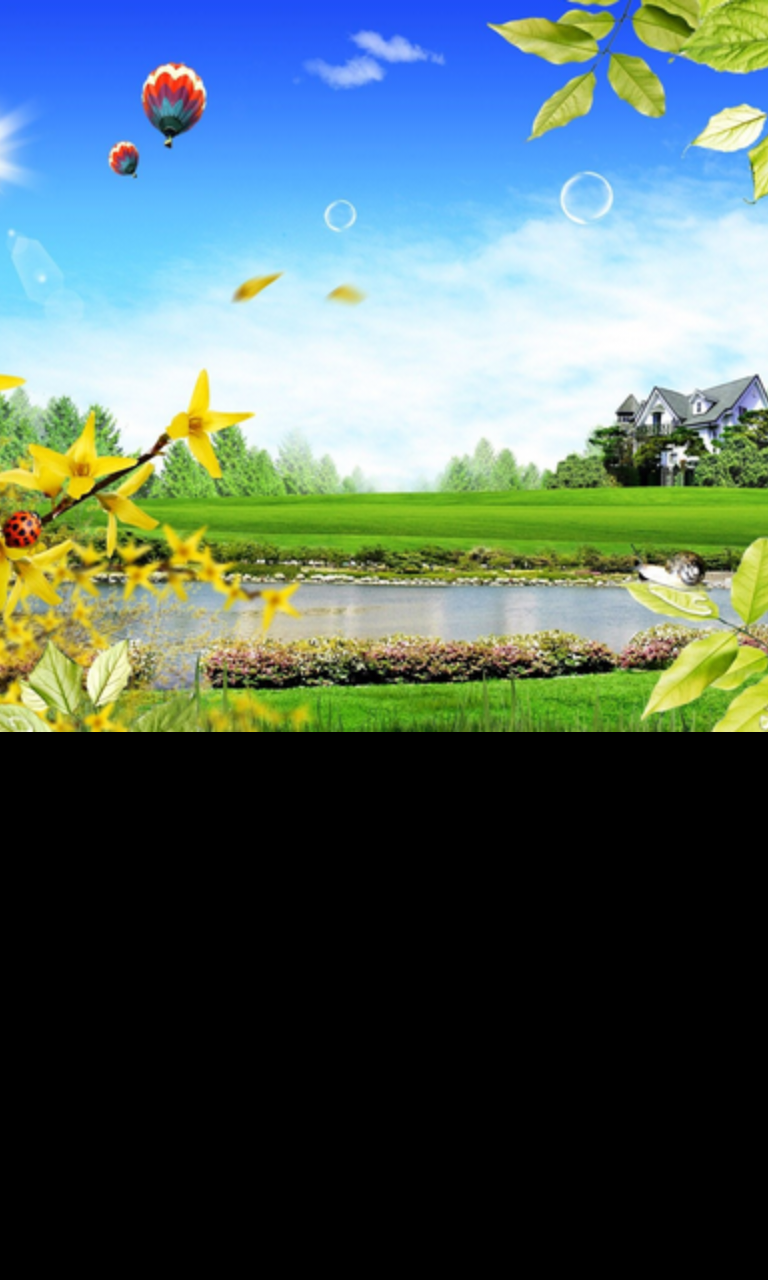
Repository: GuangmingChan/DevelopAndroidApp
Layout: demoImageView/res/layout/main.xml
An editor plug-in stored every save of this project. The layout is shown before and after the next save, followed by the edit.
It is drawn on a 768 x 1280 px phone screen (xhdpi) without system bars, with theme android:Theme.Holo; the app's code is not run.

Above is the layout before, as saved 2017-03-13 06:32:21.

After the next save:
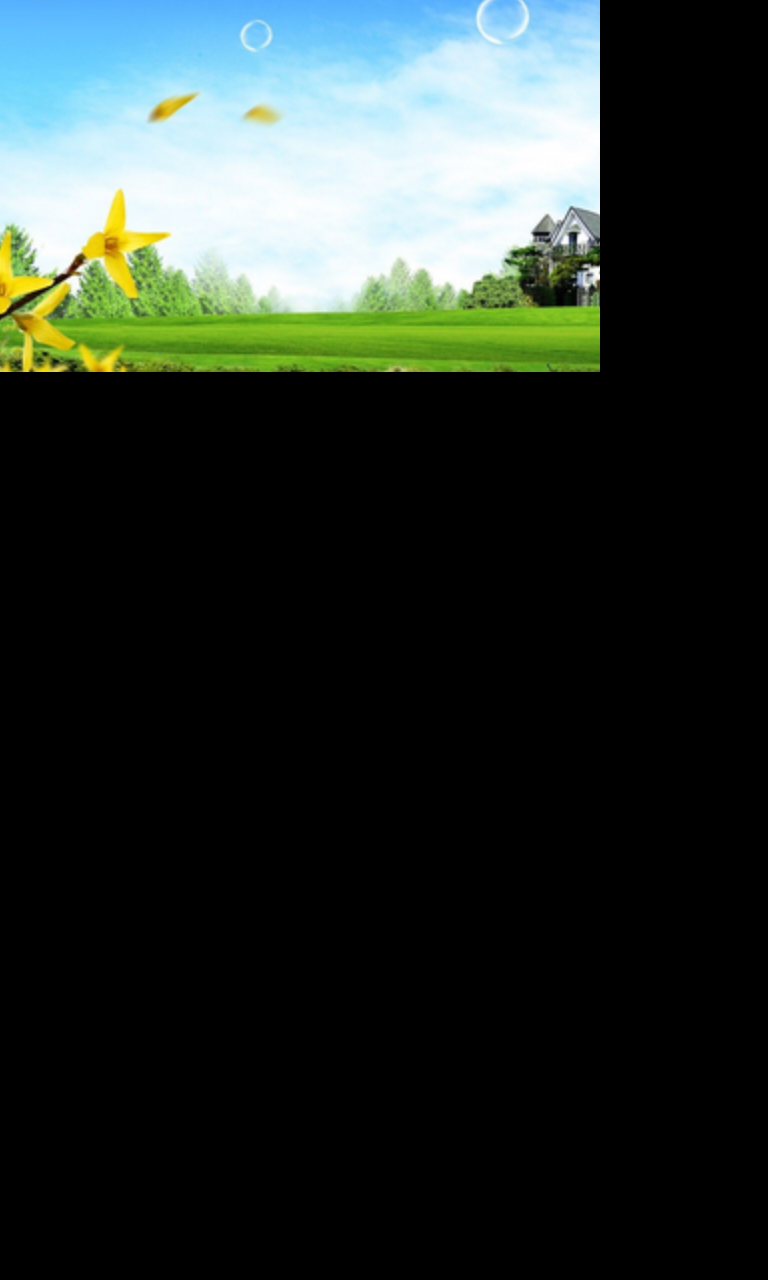
Saved 52 min 42 s later.
--- a/demoImageView/res/layout/main.xml
+++ b/demoImageView/res/layout/main.xml
@@ -6,7 +6,7 @@
 
     <ImageView
         android:src="@drawable/sunshine"
-        android:adjustViewBounds="false"
+        android:adjustViewBounds="true"
         android:layout_width="wrap_content"
         android:layout_height="wrap_content"
         android:maxWidth="300dp"

After the 4 saves that followed:
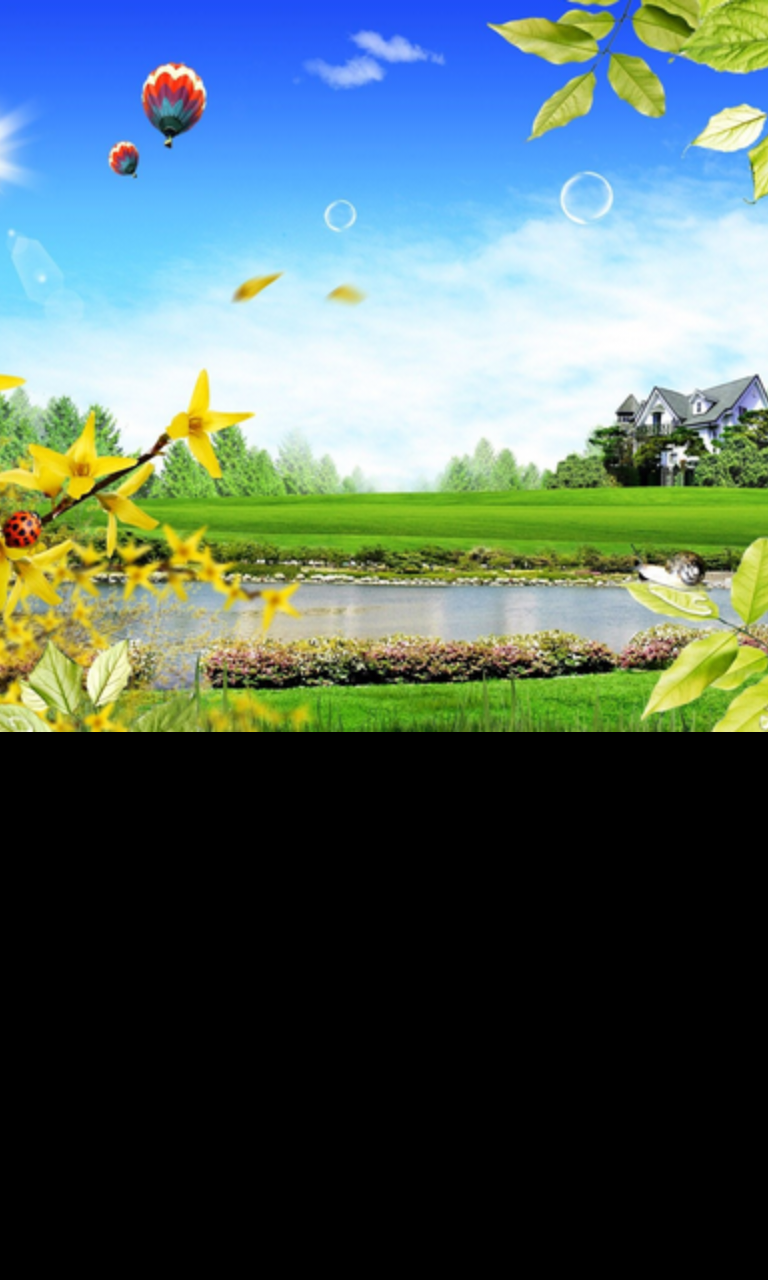
The 4 saves are shown as one change because 3 did not build or start.
The last was saved 6 min 32 s later.
--- a/demoImageView/res/layout/main.xml
+++ b/demoImageView/res/layout/main.xml
@@ -4,14 +4,15 @@
     android:layout_height="fill_parent"
     android:orientation="vertical" >
 
+    <!--android:adjustViewBounds="true"-->
     <ImageView
         android:src="@drawable/sunshine"
-        android:adjustViewBounds="true"
+
         android:layout_width="wrap_content"
         android:layout_height="wrap_content"
         android:maxWidth="300dp"
         android:maxHeight="200dp"
-        android:scaleType="center"
-    />
+        android:scaleType="center">
+    </ImageView>
 
 </LinearLayout>
